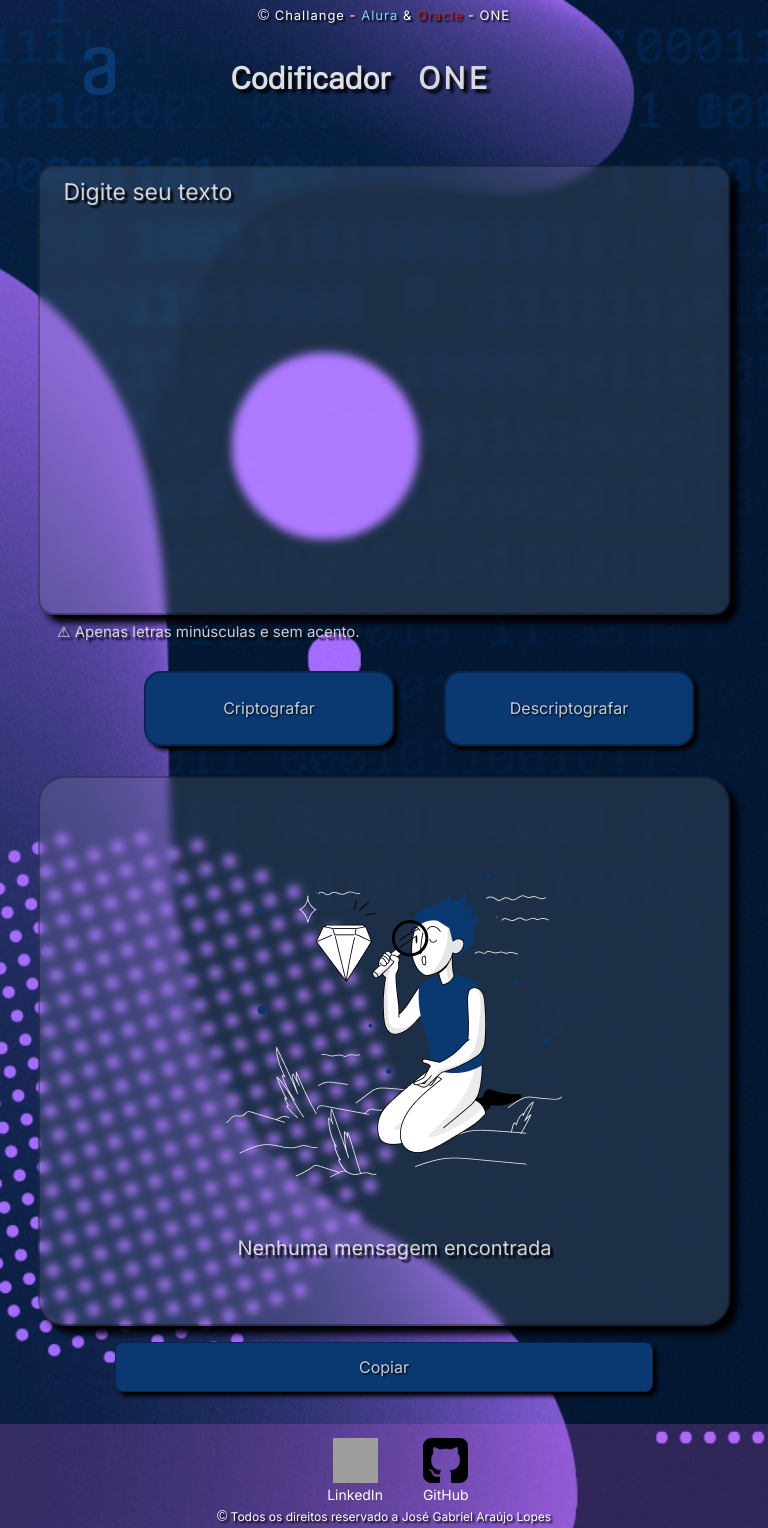
Repository: GabbrielLopes/Decodificador-ONE-Challange-Alura
Page: index.html
An editor plug-in stored every save of this project. The page is shown before and after the next save, followed by the edit.
The browser window is 768 px wide. The pictures show the whole page.
Pictures or frames that could not be fetched are drawn as grey boxes.

Above is the page before, as saved 2022-05-11 23:21:49.

### index.html

<!-- Regras Codificador:
"e" é convertido para "enter"
"i" é convertido para "imes"
"a" é convertido para "ai"
"o" é convertido para "ober"
"u" é convertido para "ufat"
Apenas letras minúsculas
Não permite acentuação
*/

/* Regras Decodificador:
"enter" é convertido para "e"
"imes" é convertido para "i"
"ai" é convertido para "a"
"ober" é convertido para "o"
"ufat" é convertido para "u"
Apenas letras minúsculas
Não permite acentuação
-->

<!DOCTYPE html>
<html lang="pt-br">
<head>
    <meta charset="UTF-8">
    <meta name="viewport" content="width=device-width">
    <link rel="stylesheet" href="css/reset.css">
    <link rel="stylesheet" href="css/style.css">
    <link rel="stylesheet" href="css/media.css">
    <link href="https://fonts.googleapis.com/css2?family=Inter&display=swap" rel="stylesheet">
    <link href="https://fonts.googleapis.com/css2?family=Public+Sans:wght@300&display=swap" rel="stylesheet">
    <title>Codificador ONE</title>
</head>
<body>
    <header>
        <div class="info-header">
            <p>© Challange - <a href="https://www.alura.com.br" target="_blank">Alura</a> & <a href="https://www.oracle.com/br/education/oracle-next-education/" target="_blank">Oracle</a> - ONE</p>
        </div>
        <div>
            <img src="imagens/logo-alura.png" alt="Logo alura com inicial da letra a" class="logo-cabecalho">
            <h2>Codificador <a href="https://www.oracle.com/br/education/oracle-next-education/" target="_blank">ONE</a></h2>
        </div>
        <div>
        </div>
    </header>
    <main class="main">
        <section>
            <textarea cols="40" rows="6" placeholder="Digite seu texto" class="campo-texto"></textarea>
            <div>
                <h6 class="informacao">⚠ Apenas letras minúsculas e sem acento.</h6>
            </div>

            <div class="botoes">
                <button class="btn-criptografar">Criptografar</button>
                <button class="btn-descriptografar">Descriptografar</button>
            </div>
        </section>

        <section class="mensagem">
            <textarea readonly cols="18" rows="8" placeholder="Nenhuma mensagem encontrada" ></textarea>
            <div class="div-btn-copy">
                <button class="btn-copy">Copiar</button>
            </div>
        </section>
    </main>
    <footer>

        <div class="icons-links">
            <div class="icons-flex">
                <a href="https://www.linkedin.com/in/josegabrielalopes/" target="_blank"><img src="imagens/linkedin.png">LinkedIn</a>
                <a href="https://github.com/GabbLps" target="_blank"><img src="imagens/github.png">GitHub</a>
            </div>
        </div>

        <div class="copyright">
            <p>© Todos os direitos reservado a <a href="https://www.linkedin.com/in/josegabrielalopes/" target="_blank">José Gabriel Araújo Lopes</a></p>
        </div>
    </footer>
</body>
<script src="./js/script.js"></script>
</html>

### css/style.css
* {
    font-family: "Inter", sans-serif;
}

html{
    margin: auto;
    padding: 0px;
    min-height: 100%;
    font-family: "Inter", sans-serif;
}

.info-header {
    margin-top: 0.5em;
    letter-spacing: 1px;
    font-size: 13px;
    justify-content: center;
    color: #fff;
    text-shadow: 2px 2px 2px #000;
    user-select: none;
}

.info-header p::first-letter{
    font-family: Arial, Helvetica, sans-serif;
    font-size: 15px;
}

.info-header a:nth-child(1), .info-header a:nth-child(2)  {
    color: #87CEFA;
    text-decoration: none;
}

.info-header a:nth-child(2) {
    color: #B22222;
}

header h2, header h2 a {
    user-select: none;
    font-family: 'Public Sans';
    font-size: 30px;
    letter-spacing: 3px;
    color: #E5E5E5;
    margin-top: 40px;
    margin-left: 20px;
    font-weight: bold;
    text-decoration: none;
    text-shadow: 4px 4px 3px #000;
    opacity: 0.97;
}

header div {
    display: flex;
}

.logo-cabecalho {
    margin: 25px 40px 40px 40px;
}

.main {
    min-height: calc(100vh - 120px);
    display: flex;
    margin-left: 80px;
}

body {
    box-sizing: border-box;
    margin: 0;
    width: 100%;
    height: 100%;
    background: #E5E5E5;
    background-image: url(../imagens/background.png);
    background-size: cover;
}

section div {
    margin: 0;
    display: flex;
}

textarea {
    font-size: 23px;
    color: rgba(255,255,255, 0.8);
    background: rgba( 255, 255, 255, 0.1);
    backdrop-filter: blur(4px);
    -webkit-backdrop-filter: blur(3px);
    text-shadow: 3px 3px 2px black;
    vertical-align: top;
    resize: none;
}

textarea::placeholder {
    color: rgba(255,255,255, 0.8);
    text-shadow: 3px 3px 2px black;
    text-align: top;
    margin-top: 2em;
}

.campo-texto {
    box-sizing: border-box;
    width: 640px;
    height: 300px;   /*  480 px   */
    margin-top: 60px;
    margin-left: 4em;
    padding-top: 0.5em;
    padding-left: 1em;
    border: 2px solid rgba( 0, 0, 0, 0.3);
    border-radius: 16px;
    box-shadow: 8px 8px 7px #000;
}

.mensagem textarea {
    box-sizing: border-box;
    width: 320px;
    height: 550px;
    margin-left: 2em;
    padding-top: 0.5em;
    padding-left: 1em;
    text-align: left;
    border: 2px solid rgba( 0, 0, 0 , 0.3);
    border-radius: 27px;
    box-shadow: 8px 8px 7px #000;
}

.mensagem textarea::placeholder {
    padding-top: 447px;
    text-align: center;
    font-size: 20px;
    background-image: url(../imagens/boneco.png);
    background-repeat: no-repeat;
    background-position: -50px 100px;
}
/*
.campo-mensagem-imagem {
    background-image: url(boneco.png);
    background-repeat: no-repeat;
    background-position: center;
}
*/
.informacao {
    user-select: none;
    color: rgba(255,255,255, 0.8);
    text-shadow: 3px 3px 2px black;
    font-size: 15px;
    margin-left: 9em;
    margin-top: 0.6em;
}

.botoes {
    display: flex;
    margin-left: 9em;
    margin-top: 2em;
}

.btn-criptografar, .btn-descriptografar {
    width: 250px;
    height: 75px;
    border: 2px solid rgba( 0, 0, 0 , 0.3);
    border-radius: 17px;
    background-color: #0A3871;
    color: rgba(216, 223, 232, 0.9);
    text-shadow: 1px 1px 2px #000;
    font-size: 16px;
    box-shadow: 4px 4px 4px #000;
    transition: 80ms;
}

.btn-descriptografar {
    margin-left: 50px;
}

.btn-criptografar:hover, .btn-descriptografar:hover {
    cursor: pointer;
    background-color: rgba(216, 223, 232, 0.8) ;
    color: #0A3871;
    transition: 80ms;
    font-size: 20px;
}

.btn-criptografar:active, .btn-descriptografar:active {
    font-size: 19px;
}

.btn-copy {
    width: 200px;
    height: 50px;
    margin-left: 100px;
    margin-top: 1em;
    border: 1px solid rgba( 0, 0, 0 , 0.3);
    border-radius: 8px;
    background-color: #0A3871;
    color: rgba(216, 223, 232, 0.9);
    text-shadow: 1px 1px 2px #000;
    font-size: 16px;
    box-shadow: 4px 4px 4px #000;
    transition: 80ms;
}

.btn-copy:hover {
    cursor: pointer;
    background-color: rgba(216, 223, 232, 0.8) ;
    color: white;
    transition: 80ms;
    font-size: 17px;
    margin-bottom: 2em;
}

.btn-copy:active {
    font-size: 18px;
}

footer {
    width: 100%;
    background-color: rgba(219,97,234, 0.2);

}

.icons-links img{
    display: block;
    width: 45px;
    height: 45px;
    margin: 1em auto;
    margin-bottom: 5px;
    justify-content: center;
}

.icons-links a {
    display: block;
    color: #fff;
    margin: 0 20px;
    text-align: center;
    align-items: center;
    font-size: 14px;
    text-decoration: none;
}

.icons-links a:nth-child(1):hover {
    color:#0077b7;
    transition: 0.3s;
}

.icons-links a:nth-child(2):hover {
    color:#000;
    transition: 0.3s;
}

.icons-flex {
    display: flex;
    margin: 0 40%;
    margin-bottom: 7px;
}

.copyright p {
    user-select: none;
    color: #fff;
    font-size: 12px;
    text-align: center;
    align-items: end;  /* Alinha vertical  */
    justify-content: center;   /* Alinha horizontal */
    padding: 0 0 5px;
    text-shadow: 2px 2px 2px #000;

}

.copyright p:first-letter{
    font-size: 14px;
    font-family: Arial, Helvetica, sans-serif;
}

.copyright a{
    color: #fff;
    text-decoration: none;
    text-shadow: 2px 2px 2px #000;
}

### css/media.css
@media screen and (max-width: 866px) {

    header h2 {
        margin: auto;
        letter-spacing: normal;
        align-self: center;
        position: absolute;
        left: 30%;
    }

    .main {
        display: flex;
        flex-direction: column;
        margin: 0;
    }

    .campo-texto, .mensagem textarea {
        margin: 30px 5%;
        margin-bottom: 0px;
        width: 90%;
        height: 450px;
    }

    .mensagem textarea {
        height: 550px;
    }

    .informacao {
        margin-left: 57px;
    }

    .botoes {
        margin: 0 autio;
        max-width: 80%;
    }

    .mensagem textarea::placeholder {
        padding-top: 447px;
        text-align: center;
        font-size: 20px;
        background-image: url(../imagens/boneco.png);
        background-repeat: no-repeat;
        background-position: center;
    }

    .btn-copy {
        margin: 2em 15%;
        margin-top: 1em;
        width: 100%;
    }

}

### js/script.js
/* Regras Codificador:
"e" é convertido para "enter"
"i" é convertido para "imes"
"a" é convertido para "ai"
"o" é convertido para "ober"
"u" é convertido para "ufat"
Apenas letras minúsculas
Não permite acentuação

 Regras Decodificador:
"enter" é convertido para "e"
"imes" é convertido para "i"
"ai" é convertido para "a"
"ober" é convertido para "o"
"ufat" é convertido para "u"
Apenas letras minúsculas
Não permite acentuação   */

var botaoEncriptar = buscaElemento(".btn-criptografar");
var botaoDesencriptar = buscaElemento(".btn-descriptografar");
var botaoCopiar = buscaElemento(".btn-copy");
var campoMensagem = buscaElemento(".campo-mensagem");
var sectionMensagem = buscaElemento(".mensagem textarea");
var campoTexto = buscaElemento(".campo-texto");

function buscaElemento(elemento){
    return document.querySelector(elemento);
}

//  Função onde joga o valor do campo de texto para o campo mensagem,chamando a função de encriptar
function btnEncriptar() {
    var texto = campoTexto.value;
    sectionMensagem.value = encriptar(texto);
    campoTexto.value = "";
}

//  Função onde faz a criptografia do texo digitado pelo usuário
function encriptar (texto) {
    var texto = texto.replaceAll(/e/gi,"enter")
    .replaceAll(/i/gi,"imes")
    .replaceAll(/a/gi, "ai")
    .replaceAll(/o/gi,"ober")
    .replaceAll(/u/gi,"ufat");

    stringEncriptada = texto;
    return stringEncriptada.toLowerCase();
}

// Função onde joga o valor do campo de texto para o campo mensagem,chamando a função de desencriptar
function btnDesencriptar() {
    var texto = campoTexto.value;
    sectionMensagem.value = desencriptar(texto);
    campoTexto.value = "";
}

// Função onde desencripta o texto digitado pelo usuário
function desencriptar (texto) {
    var texto = texto.replaceAll("enter","e")
    .replaceAll("imes","i")
    .replaceAll("ai", "a")
    .replaceAll("ober","o")
    .replaceAll("ufat","u");

    stringDesencriptada = texto;
    return stringDesencriptada;
}

// Função de copiar o valor do campo da mensagem e muda o nome do botão para copiado por 3,5 segundos
function btnCopiar(e) {
    navigator.clipboard.writeText(sectionMensagem.value);
    botaoCopiar.textContent = "Copiado!";
    sectionMensagem.value = "";
    botaoCopiar.style.border="2px solid white";
    setTimeout(function(){
        botaoCopiar.textContent = "Copiar";
        botaoCopiar.style.border="1px solid rgba( 0, 0, 0 , 0.3";
        botaoCopiar.style.color="rgba(216, 223, 232, 0.9)";
    },3500);
}

// Função onde verifica se o campo da mensagem está vazio e adiciona e remove classe para mostrar imagem de acordo com a verificação.
/*function verificaMensagem() {
    if(sectionMensagem.value == ""){
        sectionMensagem.classList.add("campo-mensagem-imagem");
    } else {
        sectionMensagem.classList.remove("campo-mensagem-imagem");
    }
}

// Repetindo a função verificaMensagem para verificar a todo momento se o campoMensagem está vazio
setInterval(verificaMensagem, 10);*/

// Escutadores de eventos, quando os botões forem clicados, executar suas devidas funções
botaoEncriptar.addEventListener('click', btnEncriptar);
botaoDesencriptar.addEventListener('click', btnDesencriptar);
botaoCopiar.addEventListener('click', btnCopiar);

Loaded but not shown: css/reset.css (common file)

After the next save:
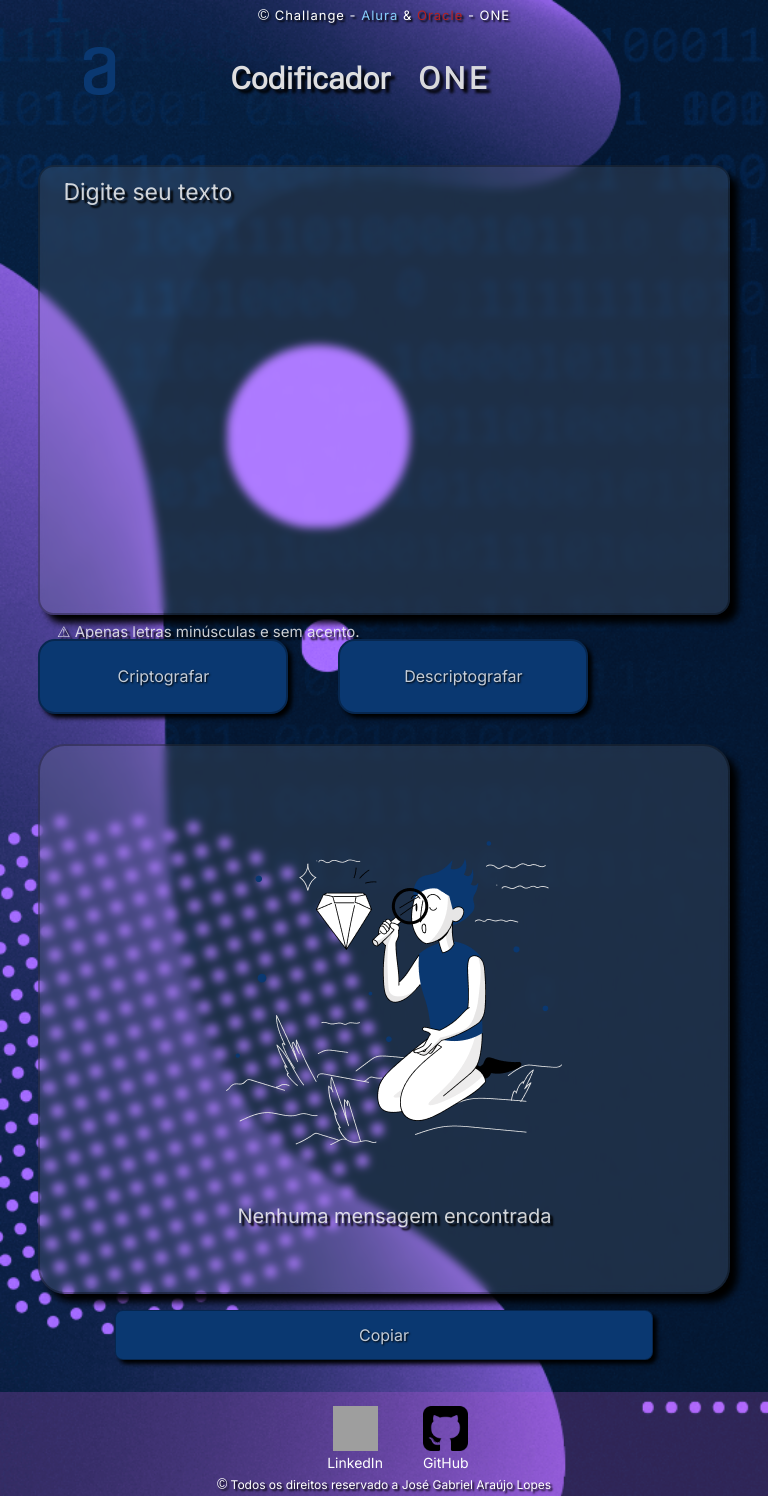
Saved 19 s later.
--- a/css/media.css
+++ b/css/media.css
@@ -30,7 +30,7 @@
     }
 
     .botoes {
-        margin: 0 autio;
+        margin: 0 5%;
         max-width: 80%;
     }
 
